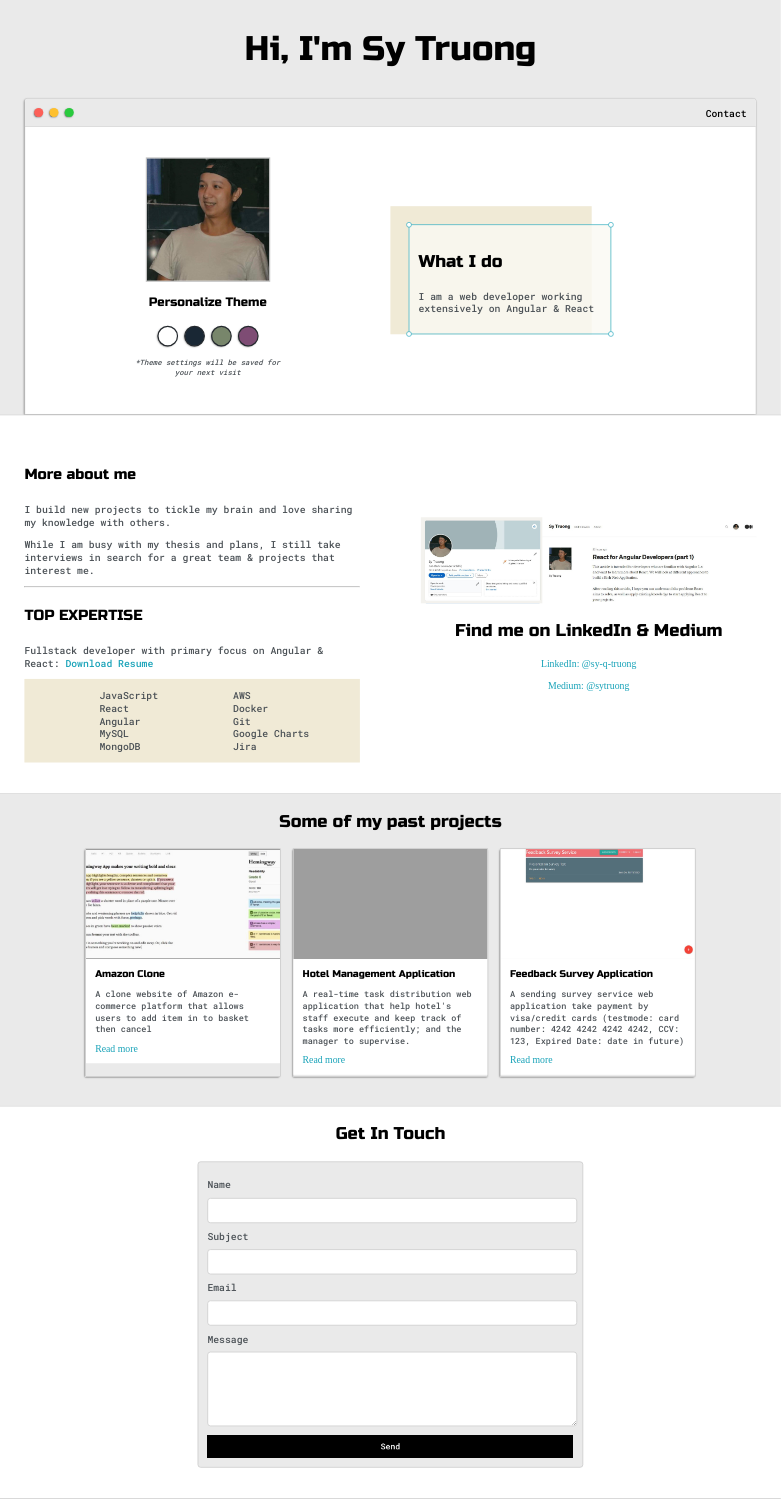
Repository: syytruong/porfolio
Page: index.html
An editor plug-in stored every save of this project. The page is shown before and after a run of saves, followed by the edit.
The browser window is 1280 px wide. The pictures show the whole page, at 61% of full size.
Pictures or frames that could not be fetched are drawn as grey boxes.

Above is the page before, as saved 2021-03-09 23:56:27.
Console error: ReferenceError: emailjs is not defined

### index.html
<!DOCTYPE html>
<html>
    <head>
        <title>Sy Truong</title>
        <meta name="viewport" content="width=device-width,
        initial-scale=1, maximum-scale=1, minimum-scale=1" />

        <link href="https://fonts.googleapis.com/css2?family=Russo+One&display=swap" rel="stylesheet">

        <link href="https://fonts.googleapis.com/css2?family=Roboto+Mono:wght@500&family=Russo+One&display=swap" rel="stylesheet">

        <link rel="stylesheet" type="text/css" href="default.css" >

        <link id="theme-style" rel="stylesheet" type="text/css" href="" >

    </head>
    <body>

        <section class="s1">
            <div class="main-container">
                <div class="greeting-wrapper">
                    <h1>Hi, I'm Sy Truong</h1>
                </div>

                <div class="intro-wrapper">
                    <div class="nav-wrapper">
                        <div class="dots-wrapper">
                            <div id="dot-1" class="browser-dot"></div>
                            <div id="dot-2" class="browser-dot"></div>
                            <div id="dot-3" class="browser-dot"></div>
                        </div>

                        <ul id="navigation">
                            <li><a href="#contact-form">Contact</a></li>
                        </ul>
                    </div>

                    <div class="left-column">
                        <img id="profile_pic" src="images/profile-pic.jpg">
                        <h5 style="text-align:center; line-height: 0;">Personalize Theme</h5>

                        <div id="theme-options-wrapper">
                            <div data-mode="light" id="light-mode" class="theme-dot"></div>
                            <div data-mode="blue" id="blue-mode" class="theme-dot"></div>
                            <div data-mode="green" id="green-mode" class="theme-dot"></div>
                            <div data-mode="purple" id="purple-mode" class="theme-dot"></div>
                        </div>

                        <p id="settings-note">*Theme settings will be saved for<br>your next visit</p>
                    </div>

                    <div class="right-column">

                        <div id="preview-shadow">
                            <div id="preview">
                                <div id="corner-tl" class="corner"></div>
                                <div id="corner-tr" class="corner"></div>
                                <h3>What I do</h3>
                                <p>I am a web developer working extensively on Angular & React</p>
                                <div id="corner-br" class="corner"></div>
                                <div id="corner-bl" class="corner"></div>
                            </div>
                        </div>
                    </div>

                </div>
            </div>
        </section>

        <section class="s2">
            <div class="main-container">
                <div class="about-wrapper">
                    <div class="about-me">
                        <h4>More about me</h4>

                        <p>I build new projects to tickle my brain
                        and love sharing my knowledge with others.</p>

                        <p>While I am busy with my thesis and plans, I still
                        take interviews in search for a great team & projects
                        that interest me.</p>

                        <hr>

                        <h4>TOP EXPERTISE</h4>

                        <p>Fullstack developer with primary focus on Angular &
                        React: <a target="_blank" href="Resume-SyTruong.pdf">Download
                        Resume</a></p>

                        <div id="skills">
                            <ul>
                                <li>JavaScript</li>
                                <li>React</li>
                                <li>Angular</li>
                                <li>MySQL</li>
                                <li>MongoDB</li>
                            </ul>

                            <ul>
                                <li>AWS</li>
                                <li>Docker</li>
                                <li>Git</li>
                                <li>Google Charts</li>
                                <li>Jira</li>
                            </ul>
                        </div>
                    </div>

                    <div class="social-links">
                        <img id="social_image" src="images/follows.jpg" >
                        <h3>Find me on LinkedIn & Medium</h3>

                        <a target="_blank" href="https://www.linkedin.com/in/sy-q-truong/">LinkedIn: @sy-q-truong</a>
                        <br>
                        <a target="_blank" href="https://sytruong.medium.com/">Medium: @sytruong</a>
                    </div>
                </div>
            </div>
        </section>

        <section class="s1">
            <div class="main-container">
                <h3 style="text-align: center;">Some of my past
                projects</h3>

                <div class="post-wrapper">

                    <div>
                        <div class="post">
                            <img class="thumbnail" src="images/intellinote.jpg">
                            <div class="post-preview">
                                <h6 class="post-title">Amazon Clone</h6>
                                <p class="post-intro">A clone website of Amazon e-commerce
									platform that allows users to add item in to basket then
									cancel  </p>
                                <a href="https://github.com/make2514/intellinote">Read more</a>
                            </div>
                        </div>
                    </div>

                    <div>
                        <div class="post">
                            <img class="thumbnail" src="images/hotel-management.png">
                            <div class="post-preview">
                                <h6 class="post-title">Hotel Management Application</h6>
                                <p class="post-intro">A real-time task distribution web
                                application that help hotel's staff execute and keep track
                                of tasks more efficiently; and the manager to supervise.</p>
                                <a href="https://github.com/syytruong/hotel-management-project">Read more</a>
                            </div>
                        </div>
                    </div>

                    <div>
                        <div class="post">
                            <img class="thumbnail" src="images/survey-feedback.JPG">
                            <div class="post-preview">
                                <h6 class="post-title">Feedback Survey Application</h6>
                                <p class="post-intro">A sending survey service web application
                                take payment by visa/credit cards (testmode: card number: 4242
                                4242 4242 4242, CCV: 123, Expired Date: date in future)</p>
                                <a href="https://radiant-wave-47896.herokuapp.com/surveys#">Read more</a>
                            </div>
                        </div>
                    </div>

                </div>
            </div>
        </section>

        <section class="s2">
            <div class="main-container">
                <h3 style="text-align: center;">Get In Touch</h3>

                <form id="contact-form" method="post">
                    <label>Name</label>
                    <input class="input-field" type="text" name="name">

                    <label>Subject</label>
                    <input class="input-field" type="text" name="subject">

                    <label>Email</label>
                    <input class="input-field" type="text" name="email">

                    <label>Message</label>
                    <textarea class="input-field" name="message"></textarea>

                    <input id="submit-btn" type="submit" value="Send">
                    <div class="loader"></div>
                </form>

            </div>
        </section>

        <script type="text/javascript" src="https://cdn.jsdelivr.net/npm/emailjs-com@2/dist/email.min.js"></script>
        <script type="text/javascript">
            (function() {
                emailjs.init('user_Lo0f3AfhSxMuhWhPZ4k4G');
            })();
        </script>
        <script type="text/javascript" src="script.js"></script>

    </body>
</html>

### default.css
:root {
    --mainColor: #eaeaea;
    --secondaryColor: #fff;

    --borderColor: #c1c1c1;

    --mainText: black;
    --secondaryText: #4b5156;

    --themeDotBorder: #24292e;

    --previewBg: rgb(251, 249, 243, 0.8);
    --previewShadow: #f0ead6;

    --btnColor: black;
    --btnBorderColor: #000;
}

html {
    scroll-behavior: smooth;
}

html, body {
    padding: 0;
    margin: 0;
}

body * {
    transition: 0.3s;
}

h1, h2, h3, h4, h5, h6, strong {
    color: var(--mainText);
    font-family: 'Russo One', sans-serif;
    font-weight: 500;
}

p, li, span, label, input, textarea {
    color: var(--secondaryText);
    font-family: 'Roboto Mono', monospace;
}

a {
    text-decoration: none;
    color: #17a2b8;
}

ul {
    list-style: none;
}

h1 { font-size: 56px;}
h2 { font-size: 36px;}
h3 { font-size: 28px;}
h4 { font-size: 24px;}
h5 { font-size: 20px;}
h6 { font-size: 16px;}

.s1 {
    background-color: var(--mainColor);
    border-bottom: 1px solid var(--borderColor);
    overflow: auto;
}

.s2 {
    background-color: var(--secondaryColor);
    border-bottom: 1px solid var(--borderColor);
    overflow: auto;
}

.main-container {
    width: 1200px;
    margin: 0 auto;
}

.greeting-wrapper {
    display: grid;
    text-align: center;
    align-content: center;
    min-height: 10em;
}

.intro-wrapper {
    background-color: var(--secondaryColor);
    border: 1px solid var(--borderColor);
    border-radius: 5px 5px 0 0;

    -webkit-box-shadow: -1px 1px 3px -1px rgba(0,0,0,0.75);
    -moz-box-shadow: -1px 1px 3px -1px rgba(0,0,0,0.75);
    box-shadow: -1px 1px 3px -1px rgba(0,0,0,0.75);

    display: grid;
    grid-template-columns: 1fr 1fr;
    grid-template-areas:
        'nav-wrapper nav-wrapper'
        'left-column right-column'
    ;
}

.nav-wrapper {
    grid-area: nav-wrapper;
    border-bottom: 1px solid var(--borderColor);
    border-radius: 5px 5px 0 0;
    display: flex;
    justify-content: space-between;
    align-items: center;
    background-color: var(--mainColor);
}

#navigation a {
    color: var(--mainText);
}

#navigation {
    margin: 0;
    padding: 10px;
}

#navigation li {
    display: inline-block;
    margin-right: 5px;
    margin-left: 5px;
}

.dots-wrapper {
    display: flex;
    padding: 10px;
}

#dot-1 {
    background-color: #fc6058;
}

#dot-2 {
    background-color: #FEC02F;
}

#dot-3 {
    background-color: #2ACA3E;
}

.browser-dot {
    background-color: black;
    height: 15px;
    width: 15px;
    border-radius: 50%;
    margin: 5px;

    -webkit-box-shadow: -1px 1px 3px -1px rgba(0,0,0,0.75);
    -moz-box-shadow: -1px 1px 3px -1px rgba(0,0,0,0.75);
    box-shadow: -1px 1px 3px -1px rgba(0,0,0,0.75);
}

.left-column {
    grid-area: left-column;
    padding-top: 50px;
    padding-bottom: 50px;
}

#profile_pic {
    display: block;
    margin: 0 auto;

    height: 200px;
    width: 200px;
    object-fit: cover;
    border: 2px solid var(--borderColor);
}

#theme-options-wrapper {
    display: flex;
    justify-content: center;
}

.theme-dot {
    height: 30px;
    width: 30px;
    border-radius: 50%;

    margin: 5px;
    border: 2px solid var(--themeDotBorder);

    -webkit-box-shadow: -1px 1px 3px -1px rgba(0,0,0,0.75);
    -moz-box-shadow: -1px 1px 3px -1px rgba(0,0,0,0.75);
    box-shadow: -1px 1px 3px -1px rgba(0,0,0,0.75);

    cursor: pointer;
}

.theme-dot:hover {
    border-width: 5px;
}

#light-mode {
    background-color: #fff;
}

#blue-mode {
    background-color: #192734;
}

#green-mode {
    background-color: #78866b;
}

#purple-mode {
    background-color: #7E4C74;
}

#settings-note {
    font-size: 12px;
    font-style: italic;
    text-align: center;
}

.right-column {
    grid-area: right-column;
    display: grid;
    align-content: center;

    padding-top: 50px;
    padding-bottom: 50px;
}

#preview-shadow {
    background-color: var(--previewShadow);
    width: 300px;
    height: 180px;
    padding-left: 30px;
    padding-top: 30px;
}

#preview {
    width: 300px;
    border: 1.5px solid #17a2b8;
    background-color: var(--previewBg);
    padding: 15px;
    position: relative;
}

.corner {
    width: 7px;
    height: 7px;
    border-radius: 50%;
    border: 1.5px solid #17a2b8;
    background-color: #fff;
    position: absolute;
}

#corner-tl {
    top: -5px;
    left: -5px;
}

#corner-tr {
    top: -5px;
    right: -5px;
}

#corner-br {
    bottom: -5px;
    right: -5px;
}

#corner-bl {
    bottom: -5px;
    left: -5px;
}

.about-wrapper {
    display: grid;
    grid-template-columns: repeat(auto-fit, minmax(320px, 1fr));
    padding-bottom: 50px;
    padding-top: 50px;
    gap: 100px;
}

#skills {
    display: flex;
    justify-content: space-evenly;
    background-color: var(--previewShadow);
}

.social-links {
    display: grid;
    align-content: center;
    text-align: center;
}

#social_image {
    width: 100%;
}

.post-wrapper {
    display: grid;
    grid-template-columns: repeat(auto-fit, 320px);
    gap: 20px;
    justify-content: center;
    padding-bottom: 50px;
}

.post {
    border: 1px solid var(--borderColor);
    -webkit-box-shadow: -1px 1px 3px -1px rgba(0,0,0,0.75);
    -moz-box-shadow: -1px 1px 3px -1px rgba(0,0,0,0.75);
    box-shadow: -1px 1px 3px -1px rgba(0,0,0,0.75);
    height: 100%;
}

.thumbnail {
    display: block;
    width: 100%;
    height: 180px;
    object-fit: cover;
}

.post-preview {
    background-color: #fff;
    padding: 15px;
}

.post-title {
    color: black;
    margin: 0;
}

.post-intro {
    color: #4b5156;
    font-size: 14px;
}

#contact-form {
    display: block;
    max-width: 600px;
    margin: 0 auto;
    border: 1px solid var(--borderColor);
    padding: 15px;
    border-radius: 5px;
    background-color: var(--mainColor);
    margin-bottom: 50px;
}

#contact-form label {
    line-height: 2.7em;
}

#contact-form textarea {
    min-height: 100px;
    font-size: 14px;
}

input[type='submit'] {
    border: 0;
}

.input-field {
    width: 100%;
    padding-top: 10px;
    padding-bottom: 10px;
    background-color: var(--secondaryColor);
    border-radius: 5px;
    border: 1px solid var(--borderColor);
    font-size: 14px;
}

#submit-btn {
    margin-top: 10px;
    width: 100%;
    padding-top: 10px;
    padding-bottom: 10px;
    color: #fff;
    background-color: var(--btnColor);
    border: 0;
    cursor: pointer;
    will-change: transform;
	transition: all .2s ease;
}

#submit-btn:hover {
    border-width: 5px;
    border: solid #fff;
}

#submit-btn:active {
    font-size: 15px;
	transform: translateY(1px);
}

#submit-btn:focus {
    border: 0 !important;
}

.active {
    width: 100px !important;
    height: 50px !important;
    font-size: 0;
    border: 0;
	border-radius: 25px;
	width: 50px;
	background: transparent;
}

.loader {
    display: none;
    border: 5px solid #f3f3f3 !important;
    border-radius: 50% !important;
    border-top: 5px solid var(--btnColor) !important;
    width: 50px !important;
    height: 50px;
    outline: none im !important;
    margin-left: calc(50% - 15px) !important;
    background-color: #fff !important;
    -webkit-animation: spin 1s linear infinite;
    animation: spin 1s linear infinite;
}

.loader:hover {
    border: 0;
}

.success {
    background: #4BB543 !important;
	border-color: 0 !important;
	font-size: 14px;
	color: #fff;
}

.success:hover {
    border: 0;
}

@-webkit-keyframes spin {
    0% { -webkit-transform: rotate(0deg); }
    100% { -webkit-transform: rotate(360deg); }
}


@keyframes spin {
    0% {
        transform: rotateZ(0);
   }
    100% {
        transform: rotateZ(360deg);
   }
}


@media screen and (max-width: 1200px) {
    .main-container {
        width: 95%;
    }
}

@media screen and (max-width: 800px) {
    .intro-wrapper {

        grid-template-columns: 1fr;
        grid-template-areas:
            'nav-wrapper'
            'left-column'
            'right-column'
        ;
    }

    .right-column {
        justify-content: center;
    }
}

### script.js
let theme = localStorage.getItem('theme');

theme == null ? setTheme('light') : setTheme(theme);

let themeDots = document.getElementsByClassName('theme-dot');

for (var i = 0; themeDots.length > i; i++) {
    themeDots[i].addEventListener('click', function(){
        let mode = this.dataset.mode;
        setTheme(mode);
    })
}

function setTheme(mode) {
    switch (mode) {
        case 'light':
            document.getElementById('theme-style').href = 'default.css';
            break;
        case 'blue':
            document.getElementById('theme-style').href = 'blue.css';
            break;
        case 'green':
            document.getElementById('theme-style').href = 'green.css';
            break;
        case 'purple':
            document.getElementById('theme-style').href = 'purple.css';
            break;
    }

    localStorage.setItem('theme', mode);
}

window.onload = function() {
    document.getElementById('contact-form').addEventListener('submit', function(event) {
        event.preventDefault();

        emailjs.sendForm('service_458rago', 'template_fnagptr', '#contact-form')
            .then(function() {
                sendSuccess();
            }, function(error) {
                alert('Cannot send email. Error: ', error);
            });
    });

    function sendSuccess() {
        let submitBtn = document.querySelector('#submit-btn');
        if (submitBtn.classList.contains('active') || submitBtn.classList.contains('success')) {
            return false;
        }

        submitBtn.classList.add('active');
        setTimeout(() => {
			document.querySelector('.loader').style.display = "block";
            document.querySelector('#submit-btn').style.display = "none";
		}, 125);
        setTimeout(() => {
			document.querySelector('.loader').style.display = "none";
            document.querySelector('#submit-btn').style.display = "";
            submitBtn.classList.remove('active');
			submitBtn.value = "Success!";
			submitBtn.classList.add("success");
		}, 1800);
        setTimeout(() => {
			submitBtn.value = "Send";
			submitBtn.classList.remove("success");
			submitBtn.blur();
		}, 3000);
    }

}

After the next 3 saves:
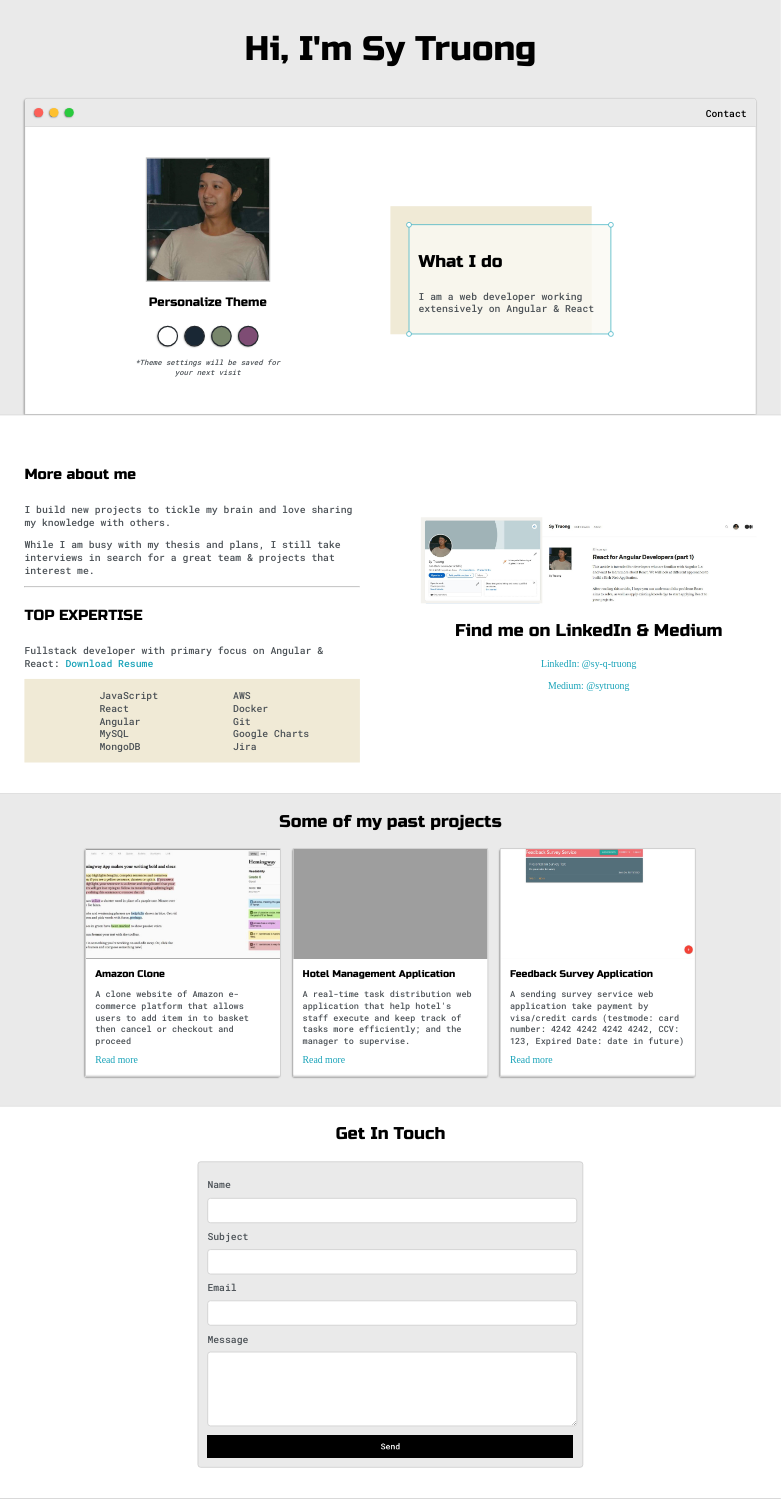
The 3 saves are shown as one change because they came seconds apart.
The last was saved 7 s later.
--- a/index.html
+++ b/index.html
@@ -133,7 +133,7 @@
                                 <h6 class="post-title">Amazon Clone</h6>
                                 <p class="post-intro">A clone website of Amazon e-commerce
 									platform that allows users to add item in to basket then
-									cancel  </p>
+									cancel or checkout and proceed  </p>
                                 <a href="https://github.com/make2514/intellinote">Read more</a>
                             </div>
                         </div>
